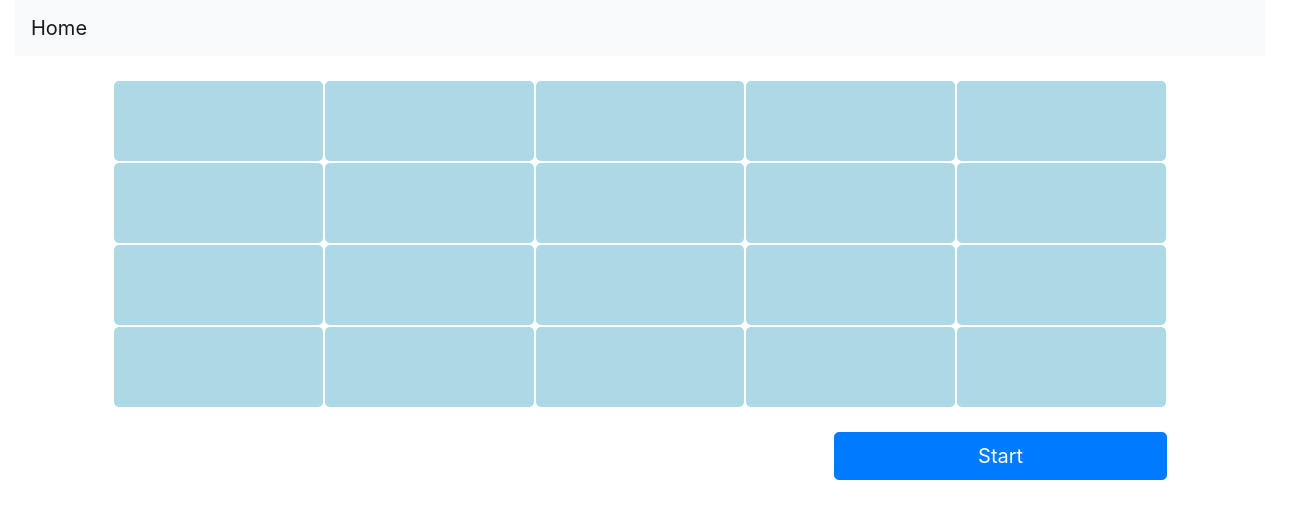
Repository: chrisrees85/memory-block
Page: hard.html
The author's editor kept a record of every edit. The page is drawn from the files as they stood at one moment, then again after the next edit.
The browser window is 1280 px wide. The page is 1295 px wide, so the pictures cover 1295 px, including what lies to the right of the window. The pictures show the whole page.

Above is the page before.

### hard.html
<!DOCTYPE html>
<html lang="en">

<head>
    <meta charset="UTF-8">
    <meta name="viewport" content="width=device-width, initial-scale=1.0">
    <meta http-equiv="X-UA-Compatible" content="ie=edge">
    <title>Memory Block</title>
    <link rel="stylesheet" href="https://stackpath.bootstrapcdn.com/bootstrap/4.3.1/css/bootstrap.min.css" integrity="sha384-ggOyR0iXCbMQv3Xipma34MD+dH/1fQ784/j6cY/iJTQUOhcWr7x9JvoRxT2MZw1T" crossorigin="anonymous">
    <link rel="stylesheet" href="assets/css/style.css" type="text/css" />
</head>

<body>
    <div class="container-fluid">
        <nav class="navbar navbar-light bg-light">
            <a class="navbar-brand" href="index.html">Home</a>
        </nav>
    </div>
    </br>
        <div class="board">
            <div class="row">
                <div class="col tiles"></div>
                <div class="col tiles"></div>
                <div class="col tiles"></div>
                <div class="col tiles"></div>
                <div class="col tiles"></div>
            </div>
            <div class="row">
                <div class="col tiles"></div>
                <div class="col tiles"></div>
                <div class="col tiles"></div>
                <div class="col tiles"></div>
                <div class="col tiles"></div>
            </div>
            <div class="row">
                <div class="col tiles"></div>
                <div class="col tiles"></div>
                <div class="col tiles"></div>
                <div class="col tiles"></div>
                <div class="col tiles"></div>
            </div>
            <div class="row">
                <div class="col tiles"></div>
                <div class="col tiles"></div>
                <div class="col tiles"></div>
                <div class="col tiles"></div>
                <div class="col tiles"></div>
            </div>
        </div>
        </br>
        <div class="row btn-right">

            <div id="btn"></div>

        </div>
    </div>

    <div class="modal fade" id="exampleModal" tabindex="-1" role="dialog" aria-labelledby="exampleModalLabel" aria-hidden="true">
        <div class="modal-dialog" role="document">
            <div class="modal-content">
                <div class="modal-header">
                    <h5 class="modal-title" id="modal-head"></h5>
                    <button type="button" class="close" data-dismiss="modal" aria-label="Close">
          <span aria-hidden="true">&times;</span>
        </button>
                </div>
                <div class="modal-body" id='modal-text'>
                </div>
                <div class="modal-footer" id="modal-btn">
                    <button  type="button" class="btn btn-secondary" data-dismiss="modal">Try Again</button>
                </div>
            </div>
        </div>
    </div>


    <script src="https://code.jquery.com/jquery-3.3.1.slim.min.js" integrity="sha384-q8i/X+965DzO0rT7abK41JStQIAqVgRVzpbzo5smXKp4YfRvH+8abtTE1Pi6jizo" crossorigin="anonymous"></script>
    <script src="https://cdnjs.cloudflare.com/ajax/libs/popper.js/1.14.7/umd/popper.min.js" integrity="sha384-UO2eT0CpHqdSJQ6hJty5KVphtPhzWj9WO1clHTMGa3JDZwrnQq4sF86dIHNDz0W1" crossorigin="anonymous"></script>
    <script src="https://stackpath.bootstrapcdn.com/bootstrap/4.3.1/js/bootstrap.min.js" integrity="sha384-JjSmVgyd0p3pXB1rRibZUAYoIIy6OrQ6VrjIEaFf/nJGzIxFDsf4x0xIM+B07jRM" crossorigin="anonymous"></script>
    <script type="text/javascript" src="assets/js/scripts.js"></script>
</body>

</html>

### assets/css/style.css
*{
  padding: 0;
  margin: 0;
  box-sizing: border-box;
}

.center{
    text-align: center;
}

.board{
  width:80vw;
  margin: auto;
}

.tiles{
  background-color: lightblue;
  height:80px;
  border-radius: 5px;
  margin:1px;
}

.btn-right{
  padding-right:10vw;
  float:right;
}

#btn,
#play-btn{
  width:26vw;
  margin:auto;
}

### assets/js/scripts.js
let tiles = Array.from(document.querySelectorAll('.tiles'));
let buttonDiv = document.getElementById('btn');
let tilesLength = tiles.length;
let score = 0;

// First function of the play button

function startButton() {
    buttonDiv.innerHTML = '<button type="button" class="btn btn-primary btn-lg" id="play-btn" onclick="onClick();">Start</button>';
}
startButton();

// Function performs when first button function is pressed

function onClick() {
    // Renders the button inactive so the user can't keep calling onClick function
    buttonDiv.innerHTML = '<button type="button" class="btn btn-primary btn-lg" id="play-btn">Timer Started</button>';

    // Countdown timer shown in the button text
    // Once time is up the buttons function changes to check users attempt
    let timeleft = 5;
    let countdownTimer = setInterval(function() {
        buttonDiv.innerHTML = '<button type="button" class="btn btn-primary btn-lg" id="play-btn"></button>';
        document.getElementById('play-btn').textContent = timeleft;
        timeleft -= 1;
        if (timeleft < 0) {
            clearInterval(countdownTimer);
            buttonDiv.innerHTML = '<button type="button" class="btn btn-primary btn-lg" id="play-btn" onclick="checkAttempt();" data-toggle="modal" data-target="#exampleModal">Check</button>';
        }
    }, 1000);

    // Shuffles the tiles array into a random order
    let i = tilesLength,
        rand, temp;
    while (--i > 0) {
        rand = Math.floor(Math.random() * (i + 1));
        temp = tiles[rand];
        tiles[rand] = tiles[i];
        tiles[i] = temp;
    }

    // Selects half of the shuffled array and adds the color class
    let bottomHalfTiles = tiles.slice(tilesLength / 2, tilesLength);
    bottomHalfTiles.forEach(function(i) {
        i.classList += (' green');
    });

    // Replaces the color class with an unused class after 6 seconds
    function clearBoard() {
        bottomHalfTiles.map(function(i) {
            i.classList.replace('green', 'in-play');
        });
    }
    setTimeout(clearBoard, 6000);
    console.log(tiles);

    // Activates the users ability to click and change the block color 6 seconds after the start button is pressed
    function allowUserClick() {
        tiles.forEach(function(i) {
            i.addEventListener('click', tileClicked);
        });

        function tileClicked() {
            this.classList.toggle('green');
        }
    }
    setTimeout(allowUserClick, 6000);
}


// Function checks the users answers on clicking the check button and displays a modal
function checkAttempt() {
    let modalBtn = document.getElementById('modal-btn');

    // Loops through the tiles array and increments 1 to the score if a condition is true
    function checkClasses() {
        tiles.forEach(function(it) {
            if ((it.classList.contains('in-play')) && (it.classList.contains('green'))) {
                score++;
            }
            else if ((it.classList.contains('tiles')) && (it.classList.contains('green')) && !(it.classList.contains('in-play'))) {
                score = tilesLength;
            }
        });
    }
    checkClasses();

    // Modal either gives a yes or no answer as to whether the user has succeeded
    if (score == tilesLength / 2) {
        document.getElementById('modal-head').textContent = ('CONGRATULATIONS');
        document.getElementById('modal-text').textContent = ('Your memory served you well');
        modalBtn.innerHTML = '<button type="button" class="btn btn-secondary" onclick="location.reload();">Play Again</button>';
    }else {
        document.getElementById('modal-head').textContent = ('OOPS, SORRY');
        document.getElementById('modal-text').textContent = ('Would you like to try again or Start New Game');
        modalBtn.innerHTML = '<button type="button" class="btn btn-secondary" data-dismiss="modal" onclick="reveal();">Reveal</button>';
    }
    // resets the score to 0 to keep the users attempt accurate
    score = 0;
}

function reveal(){
    revealStageTwo
    tiles.forEach(function(it){
        it.classList.remove('green');
    });
}

After the next edit:
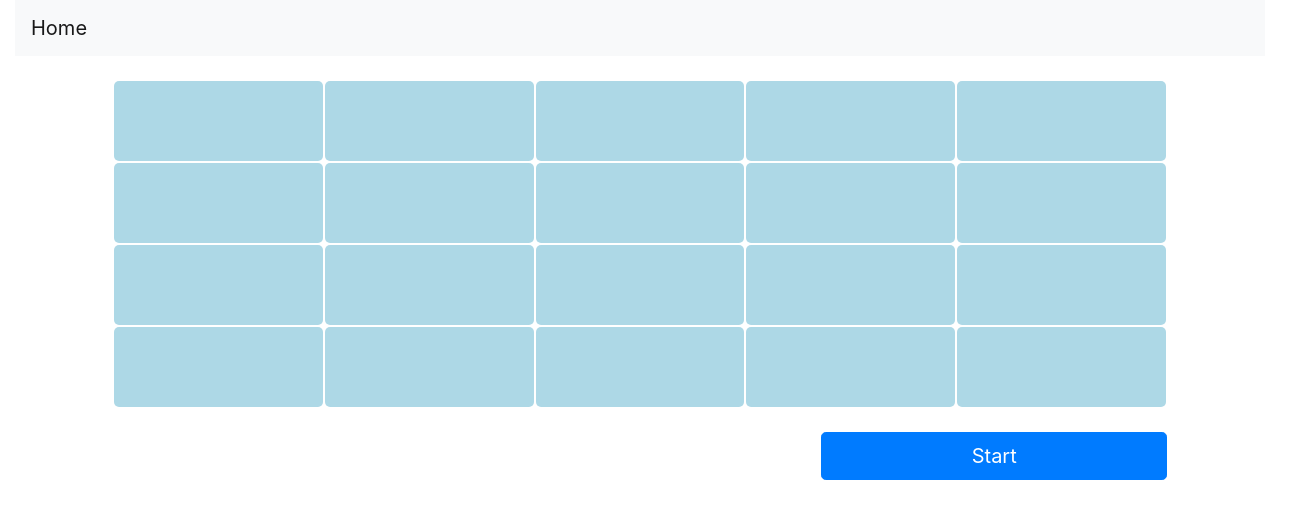
The edit:
--- a/assets/css/style.css
+++ b/assets/css/style.css
@@ -27,6 +27,5 @@
 
 #btn,
 #play-btn{
-  width:26vw;
-  margin:auto;
+  width:27vw;
 }
